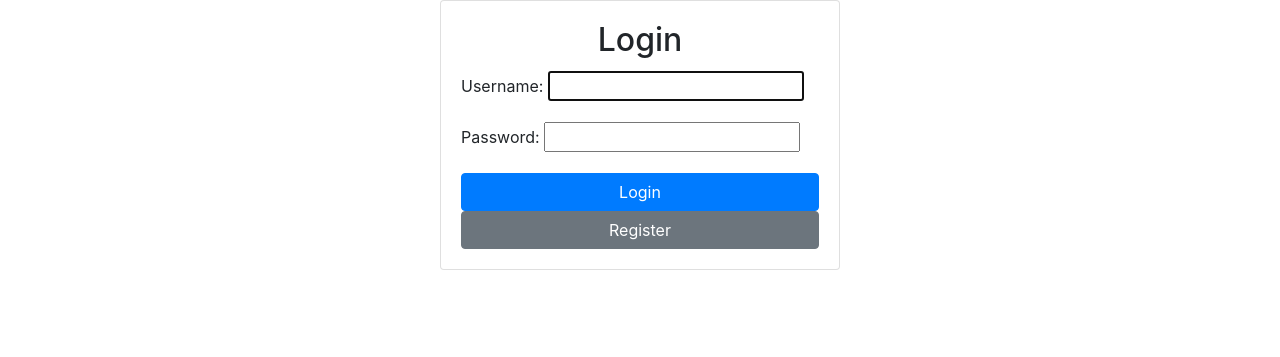
Repository: apps-eduard/TH_MONITORING_v1
Page: http://localhost/
These files come from the project's save history. The page is drawn as it stood at one moment and after the next save; the edit follows.
The browser window is 1280 px wide. The pictures show the whole page.
Some web libraries are served in a nearby version. The page is served by the project's application, run on Django 5.2 (manage.py). Other server files are loaded and not shown.

Above is the page before, as saved 2024-03-26 13:10:00.

### user_profile/templates/user_profile/login.html
{% extends 'base.html' %}

{% block content %}
<div class="container">
    <div class="card mx-auto" style="max-width: 400px;">
        <div class="card-body">
            <h2 class="card-title text-center">Login</h2>
            <form method="post">
                {% csrf_token %}
                <div class="form-group">
                    <label for="{{ form.username.id_for_label }}">Username:</label>
                    {{ form.username }}
                </div>
                <div class="form-group">
                    <label for="{{ form.password.id_for_label }}">Password:</label>
                    {{ form.password }}
                </div>
                <button type="submit" class="btn btn-primary btn-block">Login</button>
            </form>
            <!-- Add a Register button/link -->
            <!-- With namespace 'user_profile' -->
            <a href="{% url 'user_profile:register' %}" class="btn btn-secondary btn-block">Register</a>
        </div>
    </div>
</div>
{% endblock %}

### templates/base.html
<!DOCTYPE html>
<html lang="en">
<head>
    <meta charset="UTF-8">
    <meta name="viewport" content="width=device-width, initial-scale=1.0">
    <title>{% block title %}Your Site{% endblock %}</title>
    <link href="https://stackpath.bootstrapcdn.com/bootstrap/4.5.2/css/bootstrap.min.css" rel="stylesheet">
</head>
<body>
    {% if show_navbar %}
    <!-- Navbar -->
    <nav class="navbar navbar-expand-lg navbar-light bg-light">
        <a class="navbar-brand" href="#">Project Name</a>
        <button class="navbar-toggler" type="button" data-toggle="collapse" data-target="#navbarNav" aria-controls="navbarNav" aria-expanded="false" aria-label="Toggle navigation">
            <span class="navbar-toggler-icon"></span>
        </button>
        <div class="collapse navbar-collapse" id="navbarNav">
            <ul class="navbar-nav ml-auto">
                {% if user.is_authenticated %}
                    <li class="nav-item dropdown">
                        <a class="nav-link dropdown-toggle" href="#" id="navbarDropdown" role="button" data-toggle="dropdown" aria-haspopup="true" aria-expanded="false">
                            {{ user.get_full_name|default:user.email }}
                        </a>
                        <div class="dropdown-menu" aria-labelledby="navbarDropdown">
                            <a class="dropdown-item" href="#">Profile</a>
                            <a class="dropdown-item" href="{% url 'user_profile:logout' %}">Logout</a>
                        </div>
                    </li>
                {% else %}
                    {% comment %} <li class="nav-item">
                        {% if user.is_authenticated %}
                        <a class="nav-link"  href="{% url 'user_profile:edit-profile' %}" onclick="console.log('User is authenticated')">Edit Profile</a>
                        {% else %}
                            <a class="nav-link"  href="{% url 'user_profile:edit-profile' %}" onclick="console.log('User is not authenticated')">Edit Profile</a>
                        {% endif %}
                    </li> {% endcomment %}
                    <li class="nav-item">
                        <a class="nav-link"  href="{% url 'user_profile:edit-profile' %}" onclick="console.log('User is not authenticated')">Edit Profile</a>
                    </li>
                    <li class="nav-item">
                        <a class="nav-link" href="{% url 'register' %}">Register</a>
                    </li>
                {% endif %}
            </ul>
        </div>
    </nav>
    {% endif %}

{% block content %}
{% endblock %}

<script src="https://code.jquery.com/jquery-3.5.1.slim.min.js"></script>
<script src="https://cdn.jsdelivr.net/npm/@popperjs/core@2.5.2/dist/umd/popper.min.js"></script>
<script src="https://stackpath.bootstrapcdn.com/bootstrap/4.5.2/js/bootstrap.min.js"></script>
</body>
</html>

### user_profile/views.py

from django.shortcuts import render, redirect
from django.contrib.auth import authenticate, login
from .forms import UserRegistrationForm
from django.contrib.auth.forms import AuthenticationForm
from django.urls import reverse
from django.contrib.auth import logout
from django.contrib import messages
from django.contrib.auth.decorators import login_required
from .forms import ProfileForm

# @login_required
def edit_profile_view(request):
    if request.method == 'POST':
        form = ProfileForm(request.POST, instance=request.user.profile)
        if form.is_valid():
            form.save()
            return redirect('user_profile:profile')  # Redirect to profile page after successful edit
    else:
        form = ProfileForm(instance=request.user.profile)

    return render(request, 'user_profile/edit_profile.html', {'form': form})


def register(request):
    if request.method == 'POST':
        form = UserRegistrationForm(request.POST)
        if form.is_valid():
            form.save()
            # Redirect to login page after successful registration
            return redirect('user_profile:login')  # Using redirect with the name of the login url pattern
    else:
        form = UserRegistrationForm()
    return render(request, 'user_profile/register.html', {'form': form, 'show_navbar': False})

def login_view(request):
    if request.method == 'POST':
        form = AuthenticationForm(data=request.POST)
        if form.is_valid():
            user = form.get_user()
            login(request, user)
            # Redirect to the th_monitoring page
            return redirect('th_monitoring:dashboard')
    else:
        form = AuthenticationForm()
    return render(request, 'user_profile/login.html', {'form': form, 'show_navbar': False})

def register_view(request):
    if request.method == 'POST':
        form = UserRegistrationForm(request.POST)
        if form.is_valid():
            form.save()
            return redirect('user_profile:login')  # Redirect to login page after successful registration
    else:
        form = UserRegistrationForm()

    return render(request, 'user_profile/register.html', {'form': form})

def logout_view(request):
    logout(request)
    messages.add_message(request, messages.SUCCESS, 'You have successfully logged out.')
    return redirect('/user_profile/login/')

### core/urls.py
from django.contrib import admin
from django.urls import path, include
from user_profile.views import login_view

urlpatterns = [
    path('admin/', admin.site.urls),
    path('', login_view, name='login'),
    path('th_monitoring/', include('th_monitoring.urls', namespace='th_monitoring')),
    path('user_profile/', include(('user_profile.urls', 'user_profile'), namespace='user_profile')),


]

### th_monitoring/urls.py
# th_monitoring/urls.py

from django.urls import path
from . import views

app_name = 'th_monitoring'

urlpatterns = [
    path('', views.monitoring_dashboard, name='dashboard'),
]

### user_profile/urls.py
from django.urls import path
from .views import login_view, logout_view, register
from . import views   # Import the views module

app_name = 'user_profile'  # This is the namespace for the URLs in this app

urlpatterns = [
    path('login/', login_view, name='login'),
    path('register/', register, name='register'),
    path('logout/', logout_view, name='logout'),
    path('edit-profile/', views.edit_profile_view, name='edit_profile'),


]

After the next save:
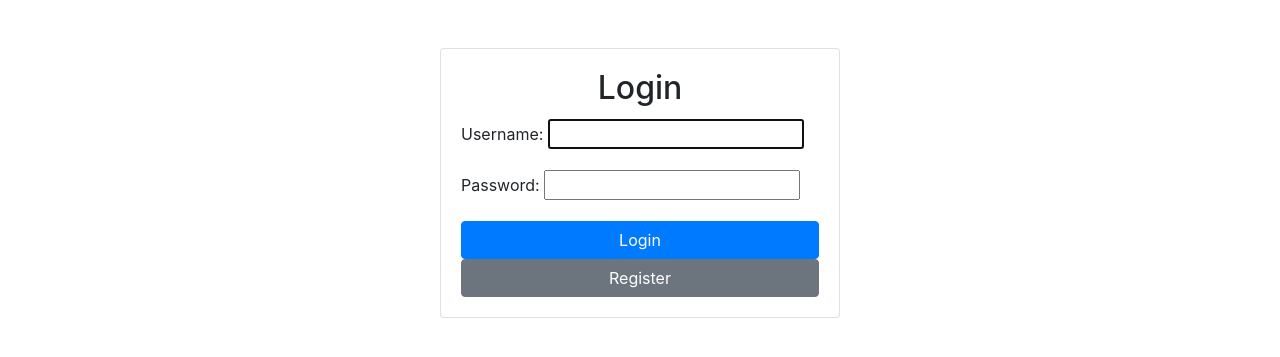
Saved 75 s later.
--- a/user_profile/templates/user_profile/login.html
+++ b/user_profile/templates/user_profile/login.html
@@ -2,7 +2,7 @@
 
 {% block content %}
 <div class="container">
-    <div class="card mx-auto" style="max-width: 400px;">
+    <div class="card mx-auto mt-5" style="max-width: 400px;">
         <div class="card-body">
             <h2 class="card-title text-center">Login</h2>
             <form method="post">
